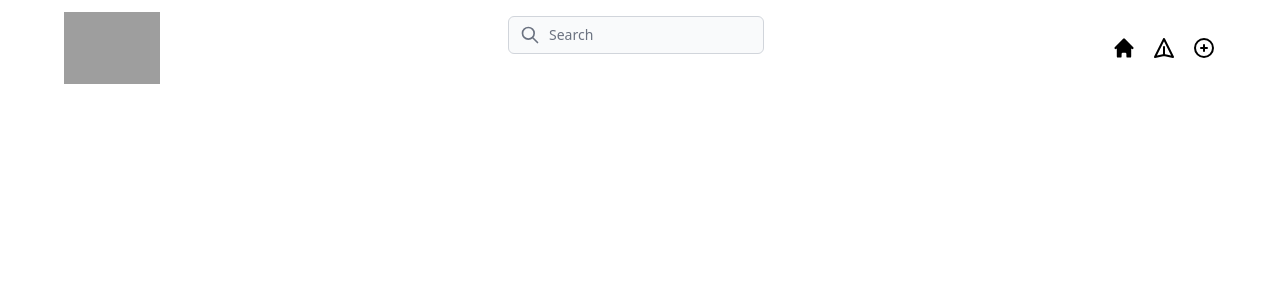
Repository: SehajBindra/insta--clone
Page: /
The author's editor kept a copy of each file at every save. The page is drawn from the files as they stood at one save, then again after the next save.
The browser window is 1280 px wide. The pictures show the whole page.
Pictures or frames that could not be fetched are drawn as grey boxes. The project was rebuilt for these pictures with package versions that can differ from the ones it lists, and the page was loaded fresh each time. The framework's server and built-in components were replaced by stand-ins that run in the browser. Also part of the build but not shown: next.config.js.

Above is the page before, as saved 2022-04-11 02:10:43.

### pages/index.js
import Head from 'next/head'
import Image from 'next/image'
import Header from '../components/Header'
import styles from '../styles/Home.module.css'

export default function Home() {
  return (
    <div className={styles.container}>
      <Head>
        <title>Instagram</title>
        <meta name="description" content="Generated by create next app" />
        <link rel="icon" href="https://upload.wikimedia.org/wikipedia/commons/thumb/a/a5/Instagram_icon.png/600px-Instagram_icon.png" />

      </Head>
      <Header />

    </div>
  )
}

### styles/globals.css
@tailwind base;
@tailwind components;
@tailwind utilities;


@layer components {
  .navBtn {
    @apply hidden h-6 md:inline-flex cursor-pointer hover:scale-125 transition-all duration-150 ease-out
  }
}

### components/Header.js
import React from "react";
import Image from "next/image";
import {
    SearchIcon,
    PlusCircleIcon,
    UserGroupIcon,
    HeartIcon,
    PaperAirplaneIcon,
    MenuIcon
} from "@heroicons/react/outline"
import {HomeIcon } from "@heroicons/react/solid";

function Header() {
  return (
    <div>
      <div className="flex justify-between max-w-6xl mx-5 xl:mx-auto ">
        <div className="relative hidden lg:inline-grid w-24 h-24">
          <Image
            src="https://links.papareact.com/ocw"
            layout="fill"
            objectFit="contain"
          />
        </div>

        <div className=" relative w-10  lg:hidden flex-shrink-0 cursor-pointer">
          <Image
            src="https://links.papareact.com/jjm"
            layout="fill"
            objectFit="contain"
          />
        </div>

        {/* Middle Search Input Field */}
        <div className=" max-w-xs">
        <div className=" relative mt-1 p-3 rounded-md ">
            <div className=" absolute inset-y-3  pl-3 flex items-center pointer-events-none ">
             <SearchIcon  className="h-5  w-5 text-gray-500" />
            </div>
            <input className="bg-gray-50 block w-full pl-10 sm:text-sm border-gray-300  focus:ring-black  focus:border-black rounded-md" type="text" placeholder="Search" />

        </div>
        </div>
       {/* Right side */}
       <div className="flex items-center  justify-end space-x-4">
       <HomeIcon className=" navBtn" />
       <MenuIcon className=" h-6 md:hidden cursor-pointer " />

       <PaperAirplaneIcon className="navBtn" />
       <PlusCircleIcon  className="navBtn"/>
       </div>
      </div>
    </div>
  );
}

export default Header;

### tailwind.config.js
module.exports = {
  content: ["./pages/**/*.{js,ts,jsx,tsx}",
  "./components/**/*.{js,ts,jsx,tsx}",],
  theme: {
    extend: {},
  },
  plugins: [require("@tailwindcss/forms")],
}

Loaded but not shown: pages/_app.js (common file); styles/Home.module.css (common file)

After the next save:
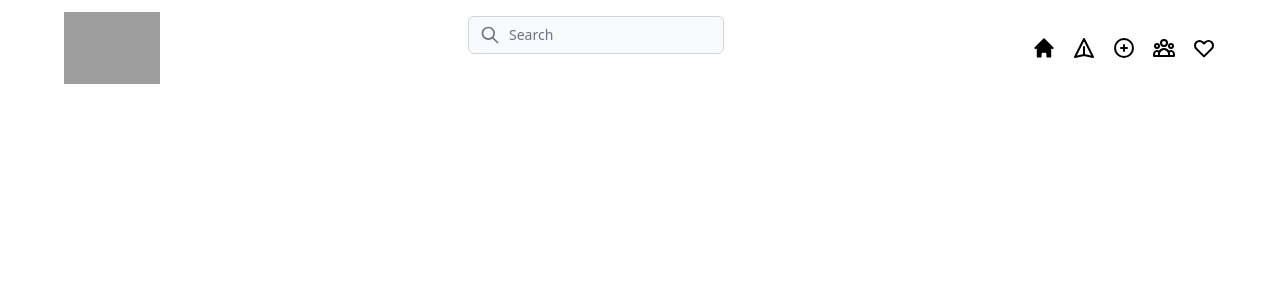
Saved 79 s later.
--- a/components/Header.js
+++ b/components/Header.js
@@ -47,6 +47,8 @@
 
        <PaperAirplaneIcon className="navBtn" />
        <PlusCircleIcon  className="navBtn"/>
+       <UserGroupIcon className="navBtn"/>
+       <HeartIcon     className="navBtn"  />
        </div>
       </div>
     </div>
